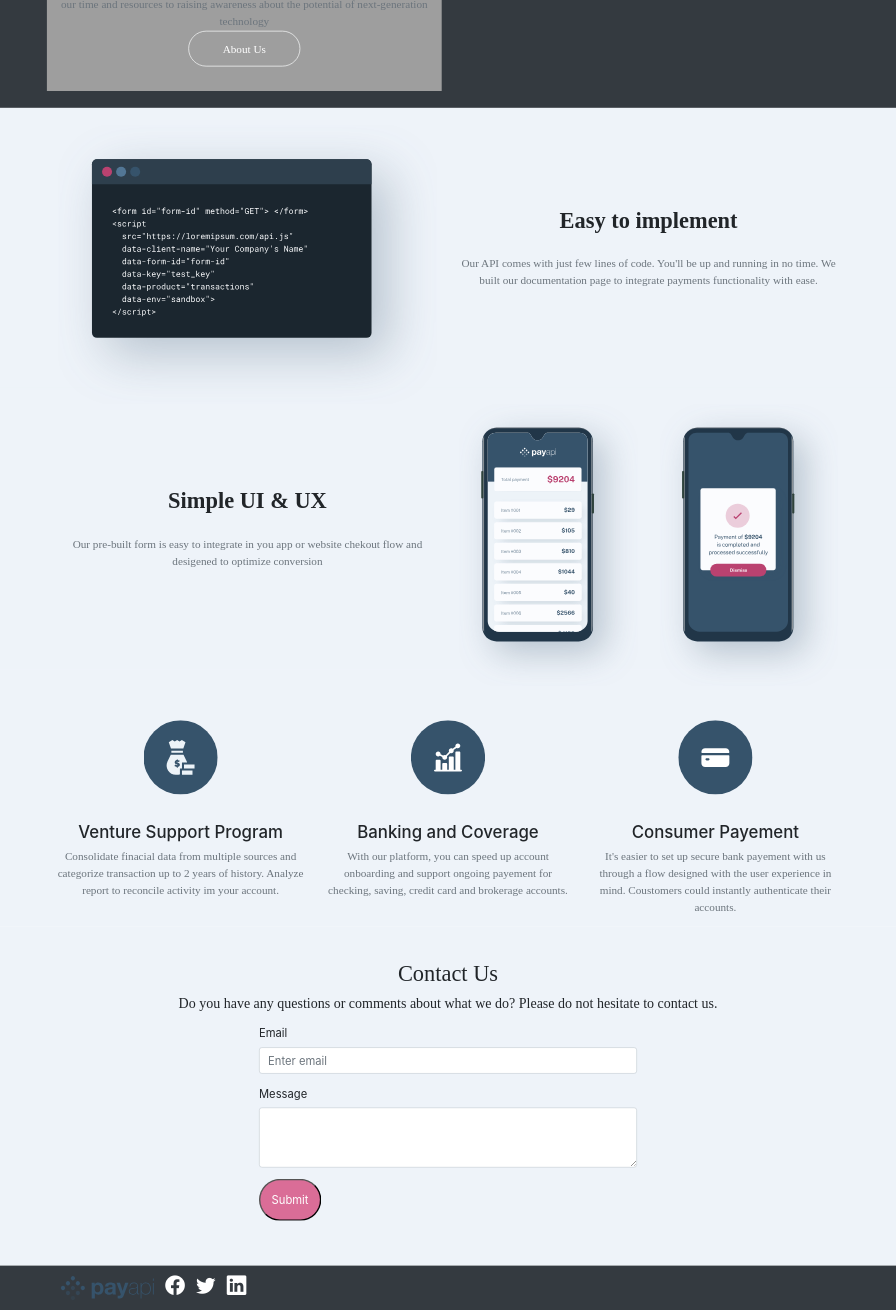
Repository: Jeremicarose/G7-venture
Page: index.html
These files come from the project's save history. The page is drawn as it stood at one moment and after the next save; the edit follows.
The browser window is 1280 px wide. The pictures show the part of the page from y = 1260 to 3180 px (the page is 3132 px tall before and 3180 px after), at 70% of full size.
Pictures or frames that could not be fetched are drawn as grey boxes.

Above is the page before, as saved 2023-02-03 18:06:46.

After the next save:
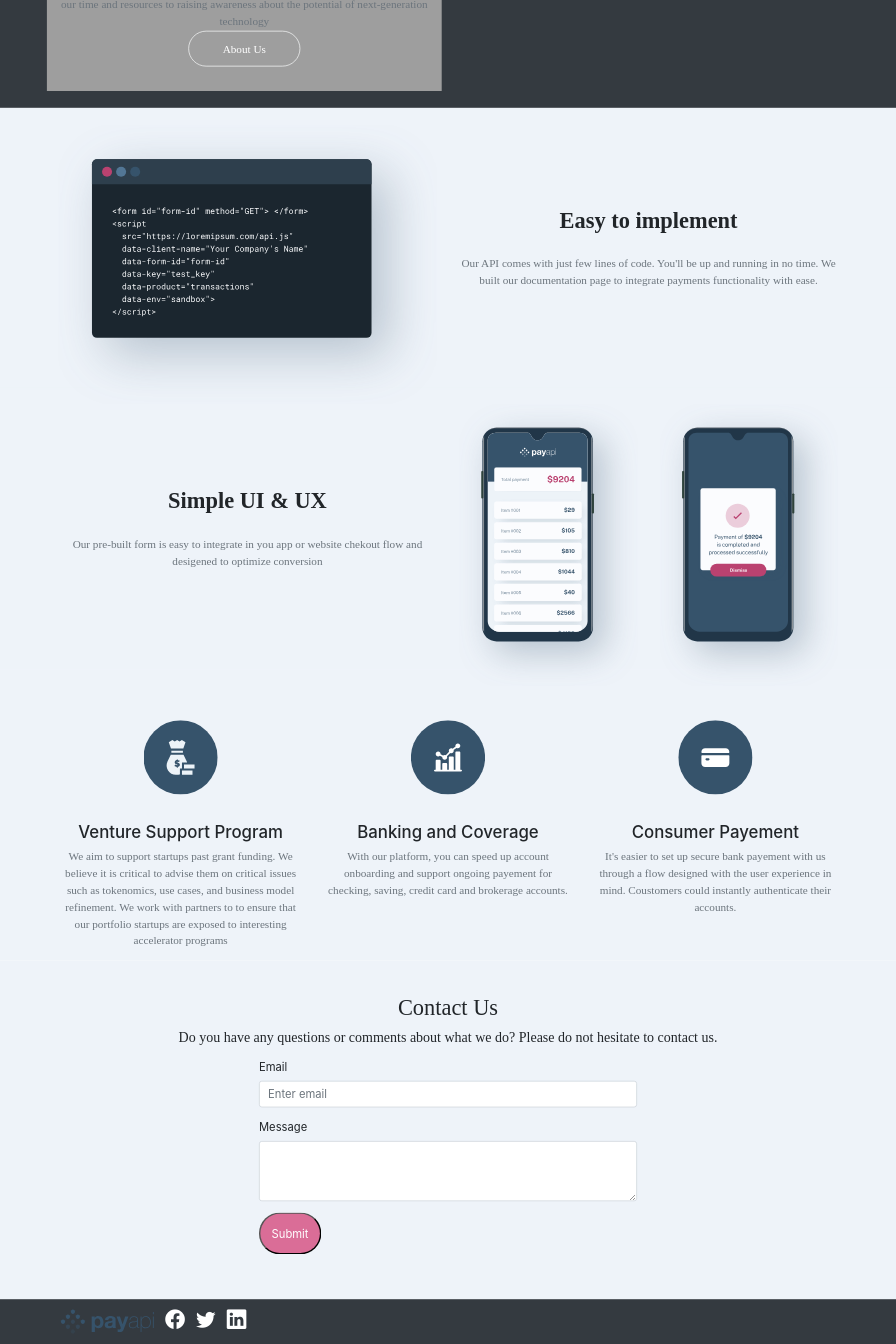
Saved 67 s later.
--- a/index.html
+++ b/index.html
@@ -221,9 +221,9 @@
             </div>
             <h4 class="title">Venture Support Program</h4>
             <p class="description text-secondary">
-              Consolidate finacial data from multiple sources and categorize
-              transaction up to 2 years of history. Analyze report to reconcile
-              activity im your account.
+              We aim to support startups past grant funding. We believe it is critical to
+              advise them on critical issues such as tokenomics, use cases, and business model refinement.
+              We work with partners to to ensure that our portfolio startups are exposed to interesting accelerator programs
             </p>
           </div>
           <div class="col-lg-4 col-md-6 icon-box">
